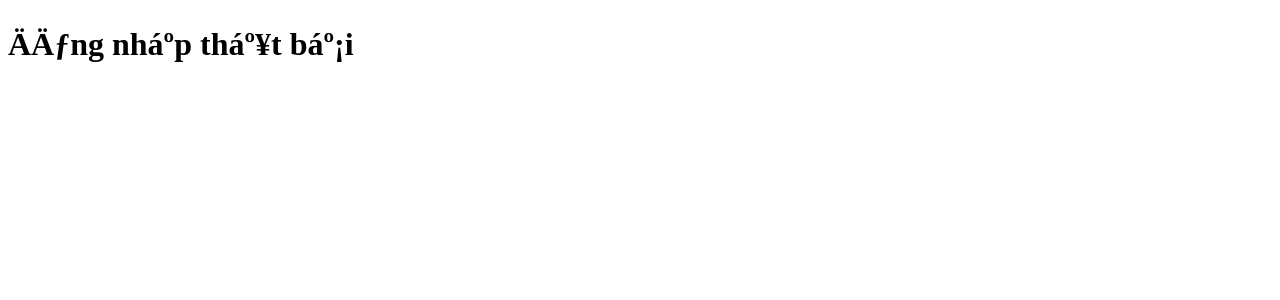
Repository: hosi04/BaiTapWeb
Page: http://localhost/BaiTapWeb_Login/result/thatbai.jsp
An editor plug-in stored every save of this project. The page is shown before and after the next save, followed by the edit.
The browser window is 1280 px wide. The pictures show the whole page.
The page is served by Tomcat 9. Other server files are loaded and not shown.

Above is the page before, as saved 2024-09-07 06:50:41.

### BaiTapWeb_Login/src/main/webapp/result/thatbai.jsp
<%@ page language="java" contentType="text/html; charset=ISO-8859-1"
    pageEncoding="ISO-8859-1"%>
<!DOCTYPE html>
<html>
<head>
<meta charset="ISO-8859-1">
<title>Insert title here</title>
</head>
<body>
	<h1>Đăng nhập thất bại</h1>
	<a href="/login.jsp"></a>
</body>
</html>

After the next save:
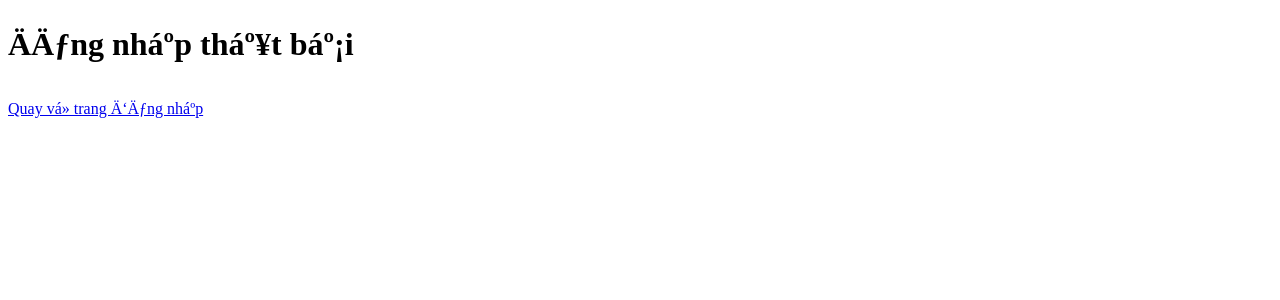
Saved 20 s later.
--- a/BaiTapWeb_Login/src/main/webapp/result/thatbai.jsp
+++ b/BaiTapWeb_Login/src/main/webapp/result/thatbai.jsp
@@ -8,6 +8,6 @@
 </head>
 <body>
 	<h1>Đăng nhập thất bại</h1>
-	<a href="/login.jsp"></a>
+	<a href="/login.jsp">Quay về trang đăng nhập</a>
 </body>
 </html>
